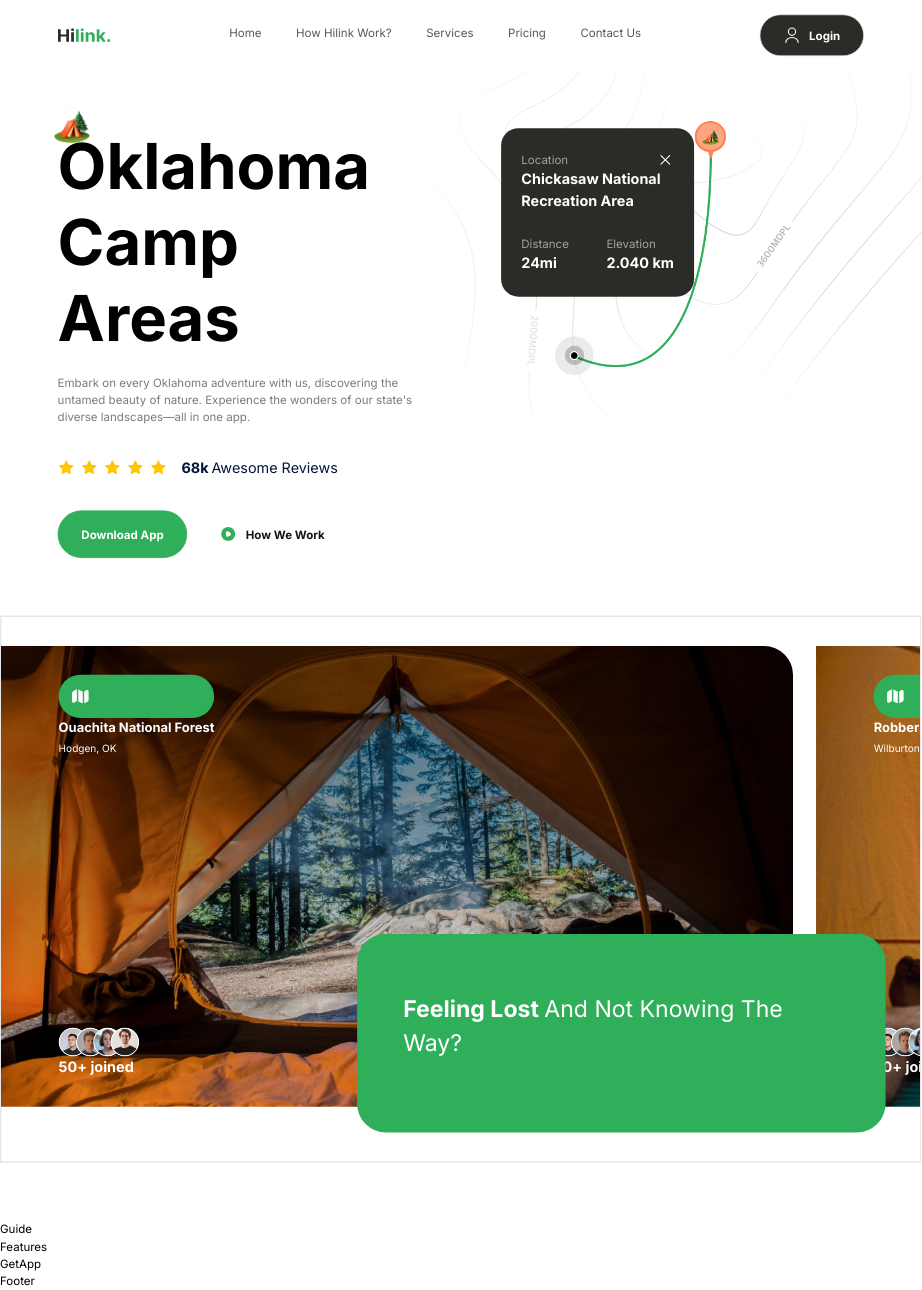
Repository: MikeeBuilds/camp
Page: /
These files come from the project's save history. The page is drawn as it stood at one moment and after the next save; the edit follows.
The browser window is 1280 px wide. The pictures show the whole page, at 72% of full size.
The project was rebuilt for these pictures with package versions that can differ from the ones it lists, and the page was loaded fresh each time. The framework's server and built-in components were replaced by stand-ins that run in the browser. Also part of the build but not shown: next.config.js.

Above is the page before, as saved 2023-11-24 22:26:31.

### app/layout.tsx
import type { Metadata } from 'next'

import './globals.css'
import Navbar from '@/components/Navbar'
import Footer from '@/components/Footer'


export const metadata: Metadata = {
  title: 'Travel',
  description: 'Travel UI/UX App for camping',
}

export default function RootLayout({
  children,
}: {
  children: React.ReactNode
}) {
  return (
    <html lang="en">
      <body className="">
        <Navbar/>
        <main className='relative overflow-hidden'>
        {children}
        </main>
        <Footer/>
      </body>
    </html>
  )
}

### app/page.tsx
import Camp from "@/components/Camp";
import Features from "@/components/Features";
import GetApp from "@/components/GetApp";
import Guide from "@/components/Guide";
import Hero from "@/components/Hero";

export default function Home() {
  return (
    <>
      <Hero/>
      <Camp/>
      <Guide/>
      <Features/>
      <GetApp/>
    </>
  )
}

### components/Navbar.tsx
import { NAV_LINKS } from '@/constants'
import Image from 'next/image'
import Link from 'next/link'
import Button from './Button'

const Navbar = () => {
    return (
        <nav className="flexBetween max-container padding-container relative z-30 py-5">
            <Link href="/">
                <Image src="/hilink-logo.svg" alt="logo" width={74} height={29} />
            </Link>

            <ul className="hidden h-full gap-12 lg:flex">
                {NAV_LINKS.map((link) => (
                    <Link href={link.href} key={link.key} className="regular-16 text-gray-50 flexCenter cursor-pointer pb-1.5 transition-all hover:font-bold">
                        {link.label}
                    </Link>
                ))}
            </ul>

            <div className='lg:flexCenter hidden'>
                <Button
                    type="button"
                    title="Login"
                    icon="/user.svg"
                    variant="btn_dark_green"
                />
            </div>

            <Image
                src="menu.svg"
                alt='menu'
                width={32}
                height={32}
                className='inline-block cursor-pointer lg:hidden'
            />
        </nav>
    )
}

export default Navbar

### components/Camp.tsx
import { PEOPLE_URL } from "@/constants";
import Image from "next/image";

interface CampProps {
  backgroundImage:string;
  title: string;
  subtitle: string;
  peopleJoined: string
}


const CampSite = ({ backgroundImage, title, subtitle, peopleJoined }: CampProps) => {
  return (
    <div className={`h-full w-full min-w-[1100px] ${backgroundImage} bg-cover bg-no-repeat lg:rounded-r-5xl 2xl:rounded-5xl`}>
      <div className="flex h-full flex-col items-start justify-between p-6 lg:px-20 lg:py-10">
        <div className="flex-center gap-4">
          <div className="rounded-full bg-green-50 p-4">
            <Image
              src="/folded-map.svg"
              alt="map"
              width={28}
              height={28}
            />
          </div>
          <div className="flex flex-col gap-1">
            <h4 className="bold-18 text-white">
              {title}
            </h4>
            <p className="regular-14 text-white">
              {subtitle}
            </p>
          </div>
        </div>
        <div className="flex-center gap-6">
          <span className="flex -space-x-4 overflow-hidden">
            {PEOPLE_URL.map((url) => (
              <Image
                src={url}
                key={url}
                alt="person"
                width={52}
                height={52}
                className="inline-block h-10 w-10 rounded-full"
              />
            ))}
          </span>
          <p className="bold-16 md:bold-20 text-white">{peopleJoined}</p>
        </div>
      </div>
    </div>
  )
};


const Camp = () => {
  return (
    <section className='border-2 2xl:max-container
    relative flex flex-col py-10 lg:mb-20 xl:mb-20'>
      <div className='hide-scrollbar flex h-[340px] w-full items-start
      justify-start gap-8 overflow-x-auto lg:h-[400px] xl:h-[640px]'>
        <CampSite
          backgroundImage="bg-bg-img-1"
          title="Ouachita National Forest"
          subtitle="Hodgen, OK"
          peopleJoined="50+ joined"
        />
        <CampSite
          backgroundImage="bg-bg-img-2"
          title="Robbers Cave State Park"
          subtitle="Wilburton, OK"
          peopleJoined="50+ joined"
        />
      </div>

      <div className="flexEnd mt-10 px-6 lg:-mt-60 lg:mr-6">
        <div className="bg-green-50 p-8 lg:max-w-[500px] xl:max-w-[734px] xl:rounded-5xl xl:px-16 xl:py-20 relative w-full overflow-hidden rounded-3xl">
          <h2 className="regular-24 md:regular-32 2xl:regular-64 capitalize text-white">
            <strong>Feeling Lost </strong>
            And Not Knowing The Way?
          </h2>
          <p className="regular-14 xl:regular-16 mt-5 text-white">

          </p>
        </div>
      </div>
    </section>
  )
}

export default Camp

### components/Hero.tsx
import Image from 'next/image';
import React from 'react';
import Button from "./Button";

const Hero = () => {
  return (
    <section className=' max-container padding-container flex flex-col gap-20 py-10 pb-32 md:gap-28 lg:py-20 xl:flex-row'>
      <div className='hero-map' />

      {/* LEFT SIDE */}

      <div className='relative z-20 flex flex-1 flex-col xl:w-1/2'>
        <Image
          src="/camp.svg"
          alt='camp'
          height={50}
          width={50}
          className='absolute left-[-5px] top-[-30px] w-10 lg:w-[50px]'
        />

        <h1 className='bold-52 lg:bold-88'>
          Oklahoma Camp Areas
        </h1>
        <p className='regular-16 mt-6 text-gray-30 xl:max-w-[520px]'>
          Embark on every Oklahoma adventure with us, discovering the untamed beauty of nature.
          Experience the wonders of our state's diverse landscapes—all in one app.
        </p>
        <div className='my-11 flex flex-wrap gap-5'>
            <div className='flex items-center gap-2'>
              {Array(5).fill(1).map((_, index) => (
                <Image
                  src="/star.svg"
                  key={index}
                  alt='star'
                  height={24}
                  width={24}
                />
              ))}
            </div>

            <p className='bold-16 lg:bold-20 text-blue-70'>
              68k
              <span className='regular-16 lg:regular-20 ml-1'>Awesome Reviews</span>
            </p>
        </div>

        <div className='flex flex-col w-full gap-3 sm:flex-row'>
          <Button
            type='button'
            title='Download App'
            variant='btn_green'
          />
          <Button
          type='button'
          title='How We Work'
          icon='/play.svg'
          variant='btn_white_text'
        />
        </div>
      </div>

      <div className='relative flex flex-1 items-start'>
          <div className='relative z-20 flex w-[268px] flex-col gap-8 rounded-3xl bg-green-90 px-7 py-8'>


            <div className='flex flex-col'>
              <div className='flexBetween'>
                <p className='regu;ar-16 text-gray-20'>
                  Location
                </p>
                <Image
                  src="/close.svg"
                  alt='logo'
                  width={24}
                  height={24}
                />
              </div>
              <p className='bold-20 text-white'>Chickasaw National Recreation Area</p>
                </div>

              <div className='flexBetween'>
                <div className='flex flex-col'>
                  <p className='regular-16 block text-gray-20'>Distance</p>
                  <p className='bold-20 text-white'>24mi</p>
                </div>
                <div className='flex flex-col'>
                  <p className='regular-16 block text-gray-20'>Elevation</p>
                  <p className='bold-20 text-white'>2.040 km</p>
                </div>
              </div>
            </div>
          </div>
    </section>
  )
}

export default Hero

### components/Button.tsx
import Image from "next/image";

type ButtonProps = {
    type: 'button' | "submit";
    title: string;
    icon?: string;
    variant: 'btn_dark_green'
}


const button = ({ type, title, icon, variant}: ButtonProps) => {
  return (
    <button
        className={`flexCenter gap-3 rounded-full border ${variant}`}
        type={type}
    >
        {icon && <Image src={icon} alt={title} width={24} height={24}/>}
        <label className="bold-16 whitespace-nowrap">{title}</label>
    </button>
  )
}

export default button

Loaded but not shown: app/globals.css (common file); components/Footer.tsx (common file); components/Features.tsx (common file); components/GetApp.tsx (common file); components/Guide.tsx (common file); constants/index.ts (common file); tailwind.config.ts (common file)

After the next save:
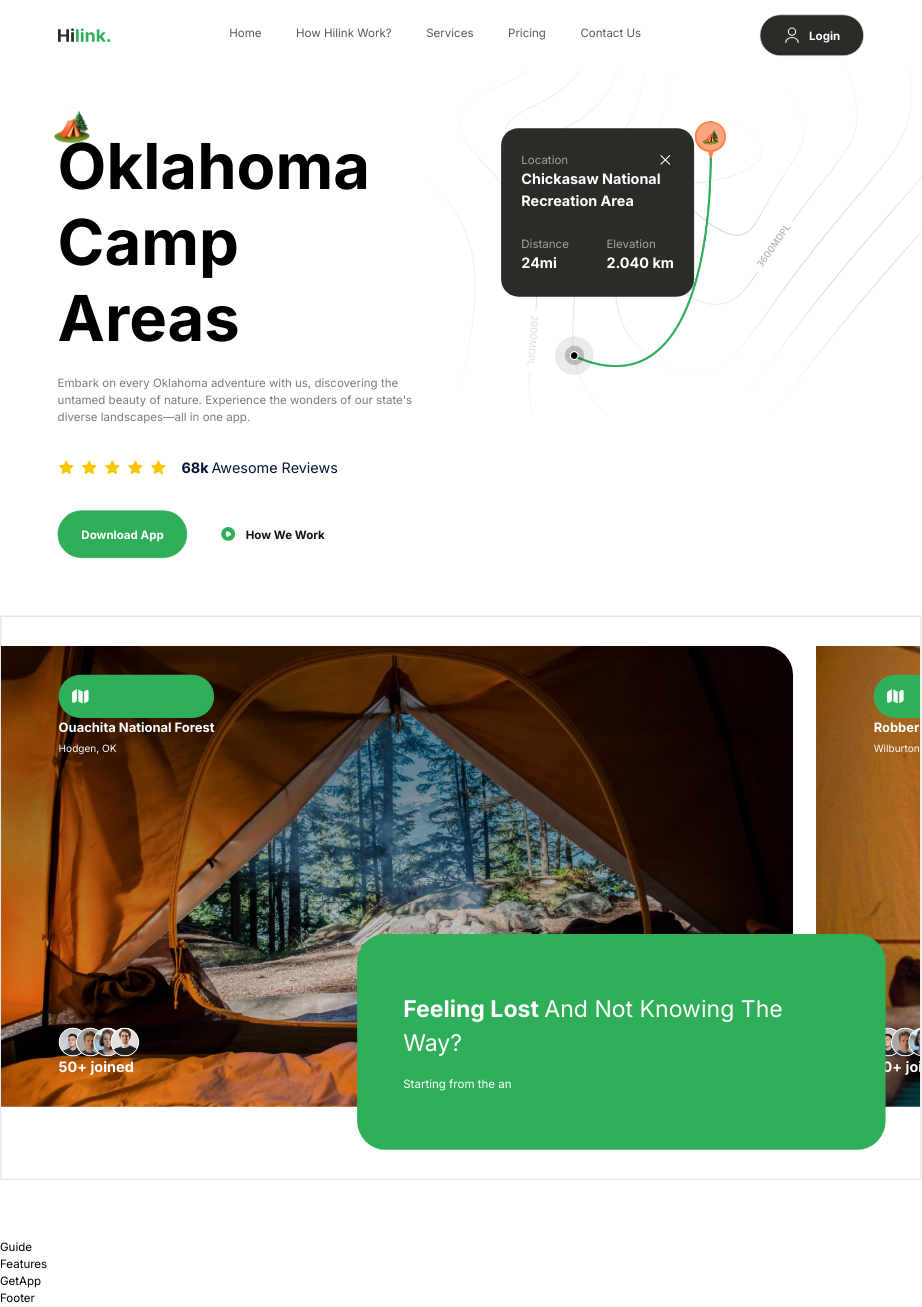
Saved 16 s later.
--- a/components/Camp.tsx
+++ b/components/Camp.tsx
@@ -79,7 +79,7 @@ const Camp = () => {
             And Not Knowing The Way?
           </h2>
           <p className="regular-14 xl:regular-16 mt-5 text-white">
-
+            Starting from the an
           </p>
         </div>
       </div>
